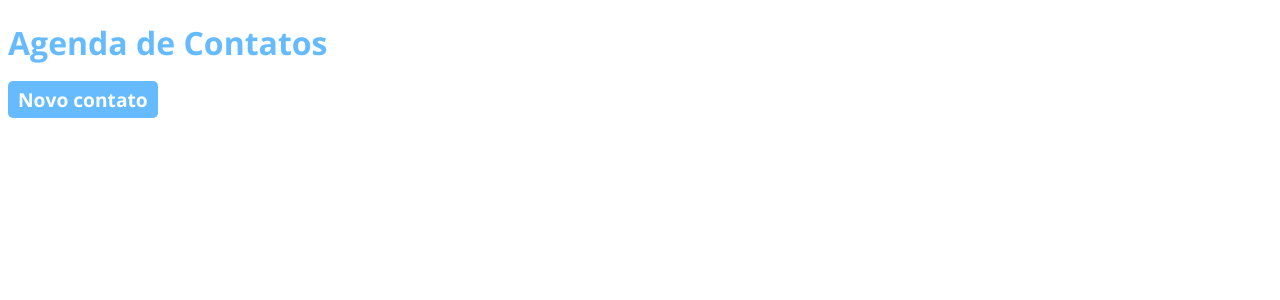
Repository: jairft/Agenda
Page: http://localhost/agenda/main
These files come from the project's save history. The page is drawn as it stood at one moment and after the next save; the edit follows.
The browser window is 1280 px wide. The pictures show the whole page.
The page is served by Tomcat 9. Queries for data that is not in the repository find no rows.

Above is the page before, as saved 2022-09-07 12:36:00.

After the next save:
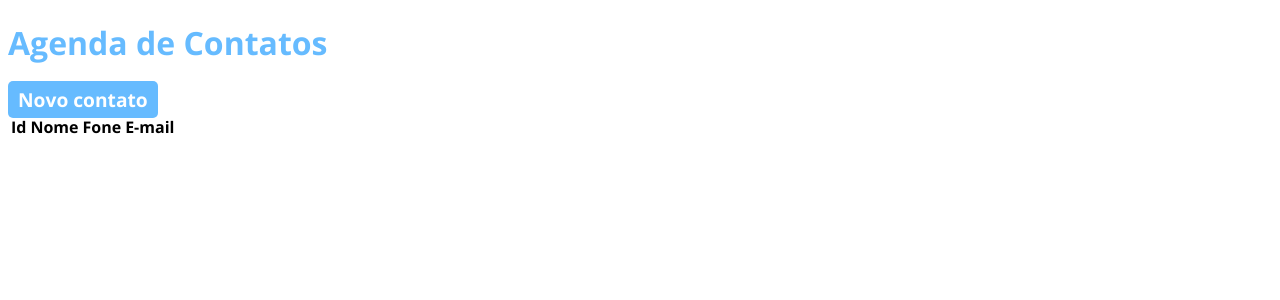
Saved 14 min 3 s later.
--- a/agenda/src/main/webapp/agenda.jsp
+++ b/agenda/src/main/webapp/agenda.jsp
@@ -4,12 +4,7 @@
 <%@ page import="java.util.ArrayList"%>
 <%
 	ArrayList<JavaBeans> lista = (ArrayList<JavaBeans>) request.getAttribute("contatos");
-	for (int i = 0; i < lista.size(); i++) {
-		out.println(lista.get(i).getIdCon());
-		out.println(lista.get(i).getNome());
-		out.println(lista.get(i).getFone());
-		out.println(lista.get(i).getEmail());
-	}
+
 %>
 <!DOCTYPE html>
 <html lang="pt-br">
@@ -22,5 +17,25 @@
 <body>
 	<h1>Agenda de Contatos</h1>
 	<a href="novo.html" class="botao1">Novo contato</a>
+	<table>
+		<thead>
+			<tr>
+				<th>Id</th>
+				<th>Nome</th>
+				<th>Fone</th>
+				<th>E-mail</th>
+			</tr>
+		</thead>
+		<tbody>	<%for (int i = 0; i < lista.size(); i++){ %>
+						<tr>
+							<td><%=lista.get(i).getIdCon()%></td>
+							<td><%=lista.get(i).getNome()%></td>
+							<td><%=lista.get(i).getFone()%></td>
+							<td><%=lista.get(i).getEmail()%></td>
+						</tr>
+			<% } %>
+
+		</tbody>
+	</table>
 </body>
 </html>
